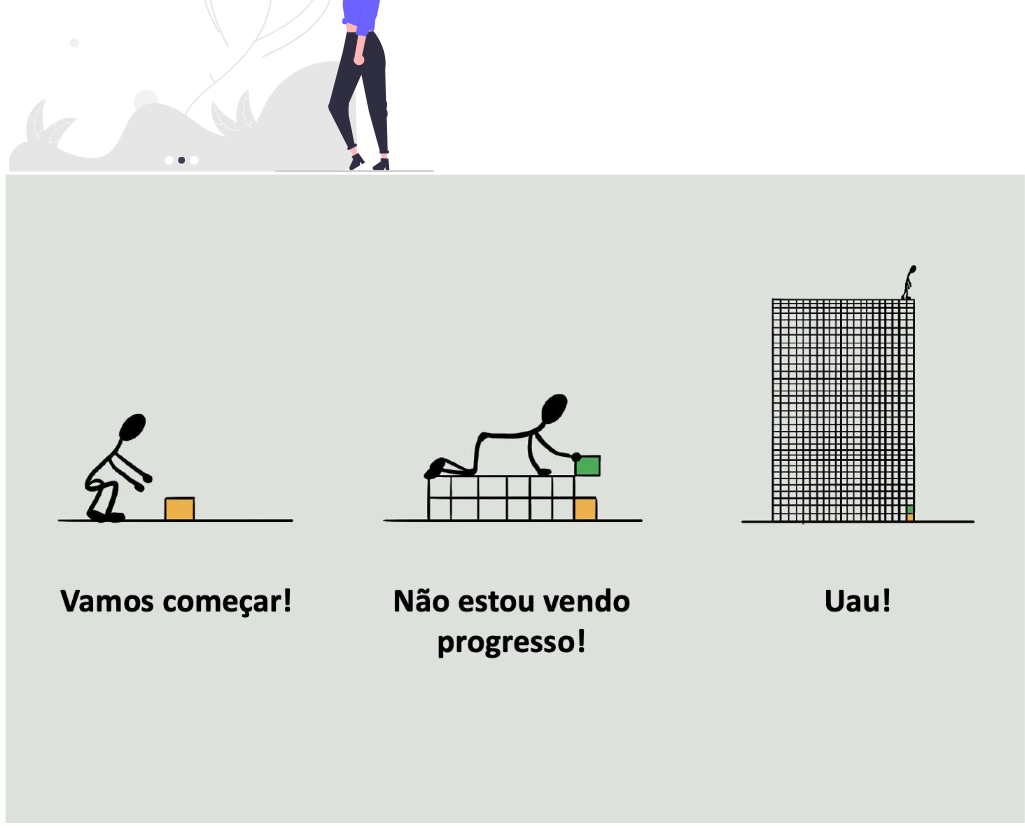
Repository: MarcioFreitasUFSC21/Proejct00
Page: ExampleSite/Assets/index2.html
The author's editor kept a copy of each file at every save. The page is drawn from the files as they stood at one save, then again after a run of saves.
The browser window is 1280 px wide. The page is 1464 px wide, so the pictures cover 1464 px, including what lies to the right of the window. The pictures show the part of the page from y = 1641 to 3321 px (the page is 2829 px tall before and 3412 px after), at 70% of full size.

Above is the page before, as saved 2023-03-18 17:43:11.

After the next 5 saves:
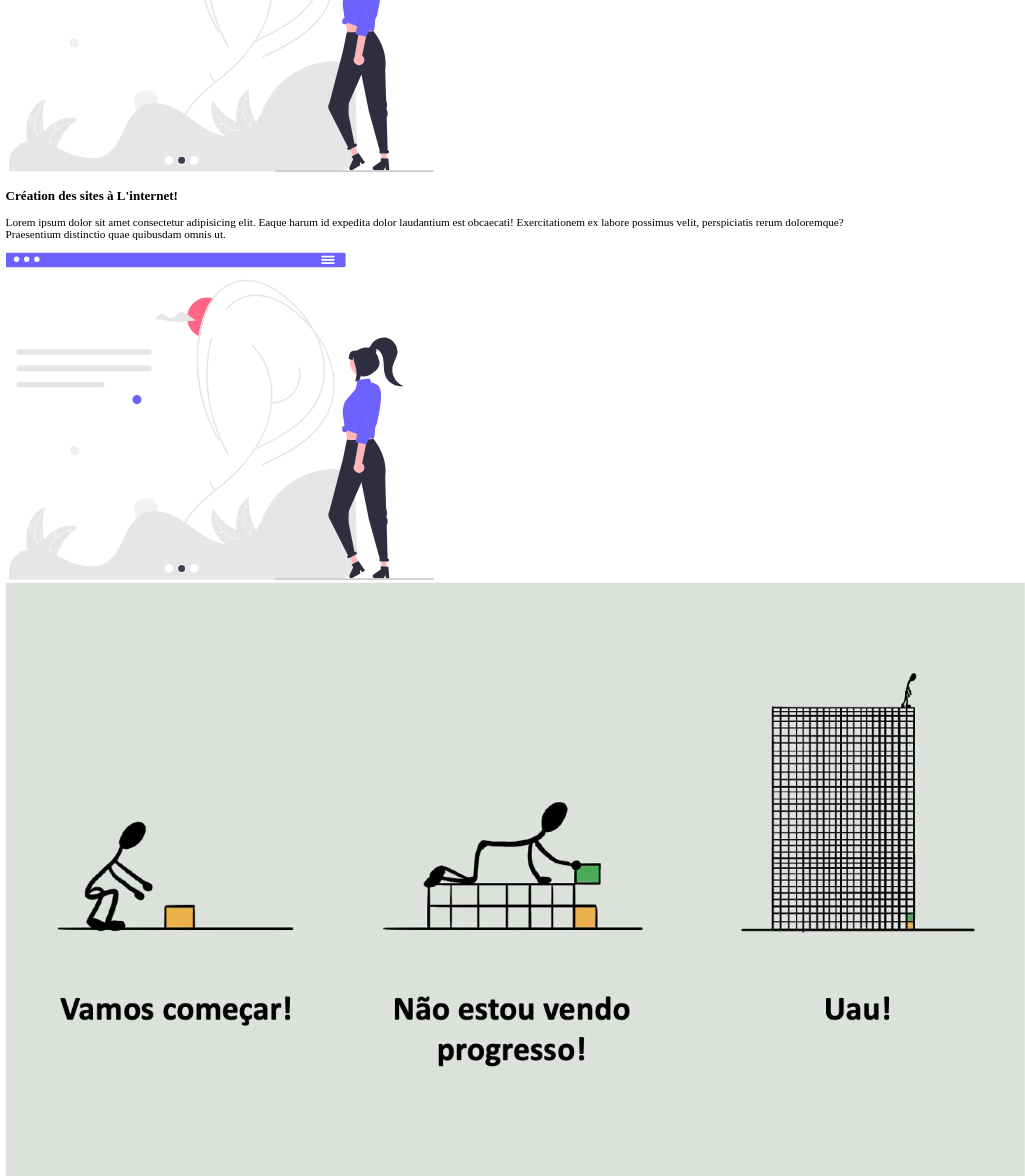
The 5 saves are shown as one change because they came seconds apart.
The last was saved 22 s later.
--- a/ExampleSite/Assets/index2.html
+++ b/ExampleSite/Assets/index2.html
@@ -43,6 +43,13 @@
                     <img src="Assets/img2/site.svg">
                 </div>
             </article>
+            <article>
+                <h3>Création des sites à L'internet!</h3>
+                <p> Lorem ipsum dolor sit amet consectetur adipisicing elit. Eaque harum id expedita dolor laudantium est obcaecati! Exercitationem ex labore possimus velit, perspiciatis rerum doloremque? Praesentium distinctio quae quibusdam omnis ut.</p>
+                <div>
+                    <img src="Assets/img2/site.svg">
+                </div>
+
 
             <img src="Assets/img2/lesson.jpg">
         </div>
